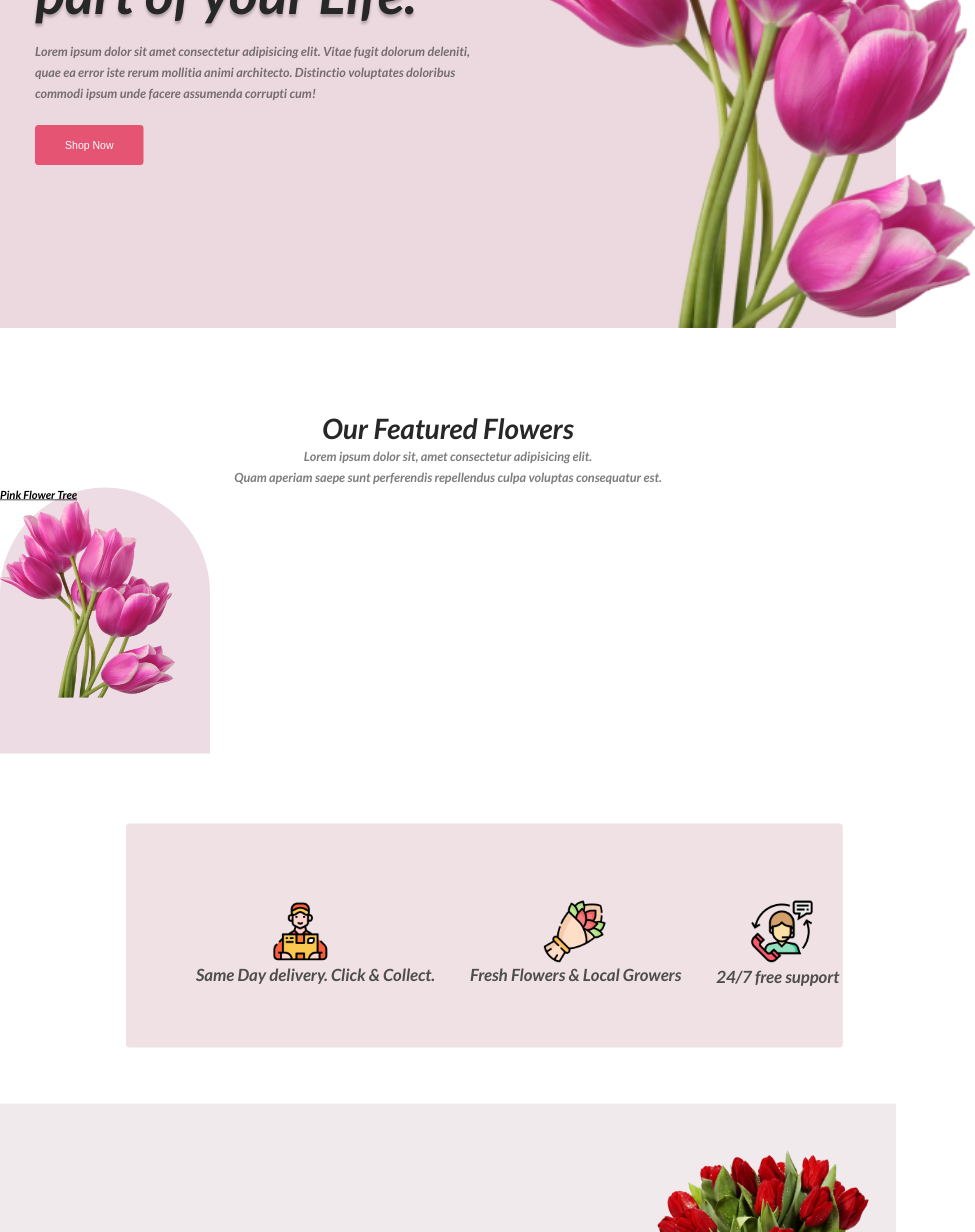
Repository: AnitaAkter/anita-flower-shop
Page: index.html
These files come from the project's save history. The page is drawn as it stood at one moment and after the next save; the edit follows.
The browser window is 1280 px wide. The page is 1393 px wide, so the pictures cover 1393 px, including what lies to the right of the window. The pictures show the part of the page from y = 332 to 2092 px (the page is 3486 px tall), at 70% of full size.

Above is the page before, as saved 2023-09-06 20:44:35.

### index.html
<!DOCTYPE html>
<html lang="en">

<head>
    <meta charset="UTF-8">
    <meta http-equiv="X-UA-Compatible" content="IE=edge">
    <meta name="viewport" content="width=device-width, initial-scale=1.0">
    <title>Anita's Flower Shop</title>
    <link rel="preconnect" href="https://fonts.googleapis.com">
    <link rel="preconnect" href="https://fonts.gstatic.com" crossorigin>
    <link href="https://fonts.googleapis.com/css2?family=Lato:ital,wght@1,700&display=swap" rel="stylesheet">
    <link rel="stylesheet" href="style.css">
</head>

<body>
    <div>
        <!-- /* Header -section start */ -->
        <header>
            <div class="header-intro">
                <h1>Let's make <br> beautiful Flowers a <br>part of your Life.</h1>
                <div class="header-p">
                    <p>Lorem ipsum dolor sit amet consectetur adipisicing elit. Vitae fugit dolorum deleniti, quae ea
                        error
                        iste rerum mollitia animi architecto. Distinctio voluptates doloribus commodi ipsum unde facere
                        assumenda corrupti cum!</p>
                </div>
                <button class="header-btn">Shop Now</button>
            </div>
            <div class="header-pic">
                <img src="images/pngwing 6.png" alt="">
            </div>
        </header>
        <!-- /* Header -section end */ -->
        <main>
            <div class="flowers-info">
                <h3>Our Featured Flowers</h3>
                <p>Lorem ipsum dolor sit, amet consectetur adipisicing elit. <br>
                    Quam aperiam saepe sunt perferendis repellendus culpa voluptas consequatur est.
                </p>
            </div>
            <div class="flowers-add">

                <div class="flowers">
                    <img class="img-f" src="images/pngwing 6.png" alt="">
                    <p> <u>Pink Flower Tree</u> </p>
                </div>
                <!-- <div class="flowers">
                        <img src="images/pngwing 5.png" alt="">
                        <p><u>Pink Flower Tree</u></p>
                    </div>
                    <div class="flowers">
                        <img src="images/pngwing 7.png" alt="">
                        <p><u>Pink Flower Tree</u></p>
                    </div> -->

            </div>






            <!-- Delivery section start -->
            <div class="delivery">
                <div class="delivery-img">
                    <div class="d-img">
                        <img src="images/Group 57.png" alt="">
                        <p>Same Day delivery. Click & Collect.</p>
                    </div>
                    <div class="d-img">
                        <img src="images/Group 58.png" alt="">
                        <p>Fresh Flowers & Local Growers</p>
                    </div>
                    <div>
                        <img src="images/Group 59.png" alt="">
                        <p>24/7 free support</p>
                    </div>
                </div>
            </div>
            <!-- Delivery section end -->

            <div class="add-sec">
                <div class="add-info">
                    <h1>Hot Deal ! Sale up to 25% <span class="text-primary">Off</span></h1>
                    <p class="header-p">Lorem ipsum dolor sit amet consectetur adipisicing elit. Quam, error!</p>
                    <div class="add-btnv">
                        <button class="add-btn">Sign Up</button>
                    </div>
                </div>
                <div class="add-img">
                    <img src="images/pngwing 8.png" alt="">
                </div>
            </div>
















            <div class="flowers-info">
                <h3>Instagram</h3>
                <p>Lorem ipsum dolor sit, amet consectetur adipisicing elit. <br>
                    Quam aperiam saepe sunt perferendis repellendus culpa voluptas consequatur est.
                </p>
            </div>
            <div class="insta-img">
                <img src="images/Flower 01.png" alt="">
                <img src="images/Rectangle 4.png" alt="">
                <img src="images/Rectangle 5.png" alt="">
                <img src="images/Rectangle 6.png" alt="">
            </div>
        </main>
        <footer>
            <div class="footer-column">
                <div class="footer-title">
                    <h2 class="f">Get the latest Deals</h2>
                    <p>$30 coupon for first shopping</p>
                </div>
                <div class="form">
                    <form action=""><input class="input-form" type="text" placeholder="       Enter Your email Here">
                    </form>
                    <button class="header-btn">Subscribe</button>
                </div>

            </div>
        </footer>

    </div>
</body>

</html>

### style.css
/* Header -section start */

* {
    margin: 0;
    padding: 0;
    box-sizing: border-box;
}

body {
    font-family: 'Lato', sans-serif;
    font-weight: 900;
    width: 100%;
}

header {
    display: flex;
    background-color: hsl(342, 34%, 89%);
    width: 100%;
    height: 800px;
}

.header-intro {
    margin-top: 80px;
    margin-left: 50px;
    width: 708px;
    height: 506px;


}

.header-intro h1 {
    color: #272727;
    text-shadow: 0px 4px 4px rgba(0, 0, 0, 0.25);
    font-family: Lato;
    font-size: 80px;
    font-style: normal;
    font-weight: 800;
    line-height: normal;
    width: 708px;
    height: 310px;


}

.header-p {
    color: rgba(39, 39, 39, 0.60);
    font-family: Lato;
    font-size: 18px;
    font-style: normal;
    font-weight: 400;
    line-height: 30px;
    width: 634px;
    height: 120px;
    gap: 32px;



    /* 166.667% */
}

.header-btn {
    background-color: #E55473;
    border-radius: 5px;
    border: none;
    color: white;
    font-size: 15px;
    display: inline-flex;
    padding: 20px 43px;
    align-items: flex-start;
    gap: 10px;

}

.header-pic {
    width: 635px;
    height: 800px;
    margin-bottom: 0%;
    margin-right: auto;

}


.header-pic img {
    width: 635px;
    height: 800px;
    margin-bottom: 0%;
}

/* Header -section end */



/* flowers info styles */
.flowers-info {
    margin-top: 120px;
}

.flowers-info h3 {
    color: #272727;
    text-align: center;
    font-family: Lato;
    font-size: 40px;
    font-style: normal;
    font-weight: 800;
    line-height: normal;
}

.flowers-info p {
    color: rgba(39, 39, 39, 0.60);
    text-align: center;
    font-family: Lato;
    font-size: 18px;
    font-style: normal;
    font-weight: 400;
    line-height: 30px;
    /* 166.667% */
}


/* .flowers-add {
    margin-top: 80px;
    align-items: center;
    margin-bottom: 200px;
    margin-left: 180px;
    margin-right: 140px;
    width: 80%;
    height: 480px;
    gap: 54px;


} */

.flowers-img {
    display: flex;
    align-items: center;
    gap: 50px;
    width: 464px;
    height: 538px;



}

.flowers {


    justify-content: space-between;
    gap: 40px;



}

.flowers {

    background-image: url('/images/Rectangle\ 3\ \(1\).png');
    background-position: center;
    border-radius: 300px 300px 0px 0px;
    background: rgba(139, 24, 81, 0.15);
    height: 380px;
    width: 300px;
}

.img-f {
    height: 280px;
    width: 250px;
    position: absolute;
    margin-top: 20px;
}

.flowers-img p {
    color: rgba(0, 0, 0, 0.951);

    font-family: Lato;
    font-size: 24px;
    font-style: normal;
    font-weight: 600;
    line-height: 35px;
    margin-left: 133px;
}








/* delivery section start */
.delivery {
    margin-top: 100px;
    margin-left: 180px;
    margin-right: 140px;
    background-color: #efe1e4;
    display: flex;
    width: 80%;
    height: 320px;
    border-radius: 5px;
    padding: 30px;
}

.delivery-img p {
    color: rgba(39, 39, 39, 0.80);

    font-family: Lato;
    font-size: 24px;
    font-style: normal;
    font-weight: 600;
    line-height: 35px;
    margin-left: -50px;


}

.delivery-img {
    display: inline-flex;
    margin-top: 80px;
    margin-left: 120px;
    gap: 100px;
    height: 30px;
    align-content: center;
    position: absolute;

}

.d-img img {
    display: grid;
    justify-content: center;
    margin-left: 55px;

}

/* delivery section end */

.text-primary {
    color: #E55473;
}

.add-sec {
    margin-top: 80px;
    width: 100%;
    height: 520px;
    background-color: #f1eaec;
    display: inline-flex;
}

.add-info h1 {
    margin-top: 200px;
    margin-left: 350px;
}

.add-info p {
    margin-top: 10px;
    margin-left: 300px;

}

.add-btnv {
    text-align: center;
    justify-content: center;
    margin-top: -70px;
    margin-left: 80px;
}

.add-btn {
    background-color: #E55473;
    border-radius: 5px;
    border: none;
    color: white;
    font-size: 15px;

    padding: 10px 23px;


}

.add-img {
    width: 218px;
    height: 110px;
    position: center;
    margin-top: 60px;
}




.insta-img {
    display: flex;
    margin-top: 40px;
    gap: 25px;
    margin-left: 180px;
    margin-right: 140px;
    height: 320px;
    width: 70%;
}

.insta-img img {
    width: 275px;
    height: 396px;
    border-radius: 5px;
}


.footer-column {
    background-image: url('images/Rectangle\ 9.png');
    margin-top: 150px;
    width: 80%;
    height: 320px;
    border-radius: 3px;
    margin-left: 180px;
    margin-right: 140px;
}



.footer-title {
    text-align: center;
    padding-top: 80px;
    align-items: center;

}



.footer-title p {
    color: rgb(91, 87, 87);
    padding-top: 10px;
}

.form {
    display: flex;
    margin-left: 287px;
    gap: 50px;
    padding-top: 40px;

}

.input-form {
    width: 550px;
    height: 60px;
    border-radius: 3px;
    border: none;
}

After the next save:
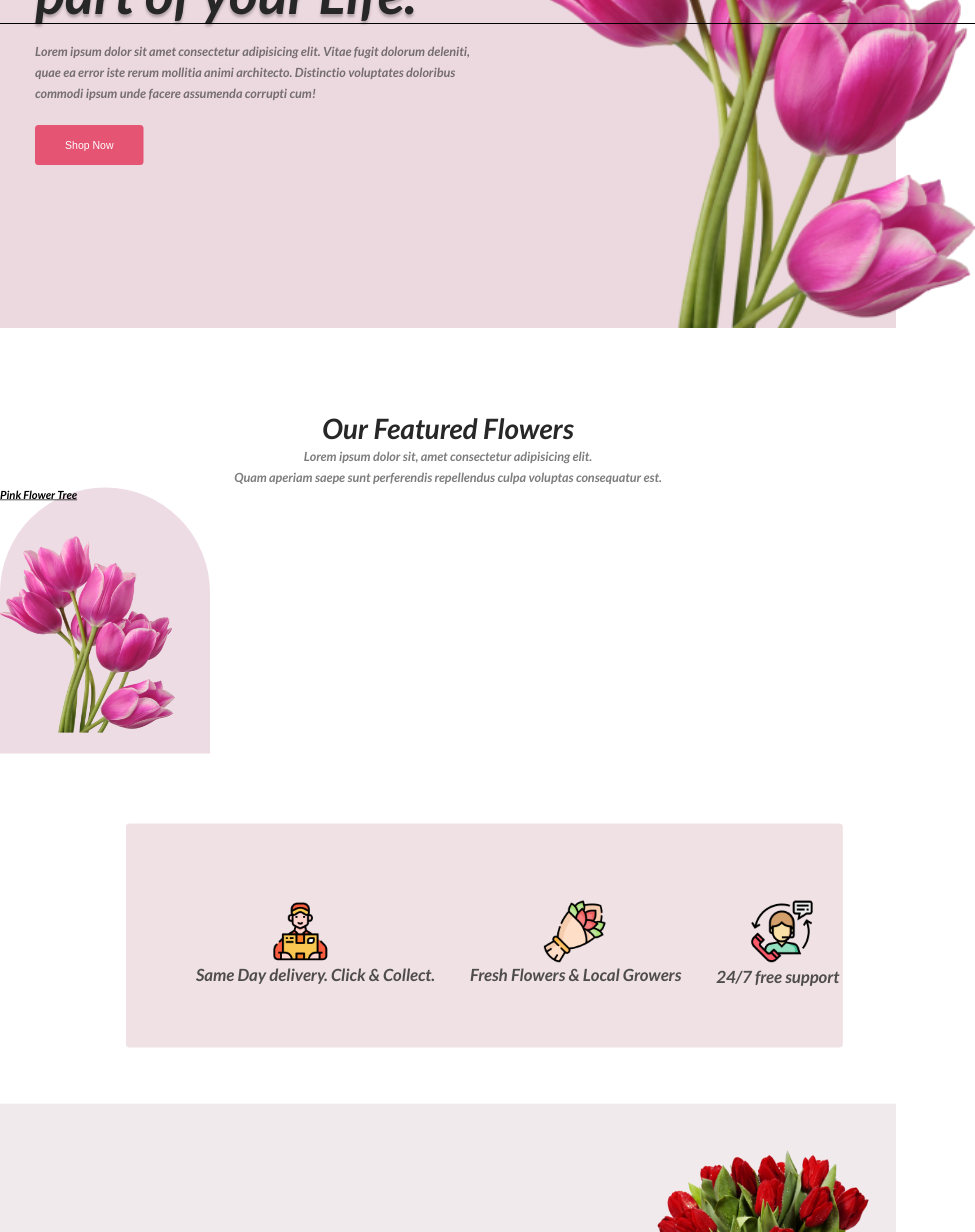
Saved 7 s later.
--- a/style.css
+++ b/style.css
@@ -165,7 +165,7 @@ header {
     height: 280px;
     width: 250px;
     position: absolute;
-    margin-top: 20px;
+    margin-top: 70px;
 }
 
 .flowers-img p {
